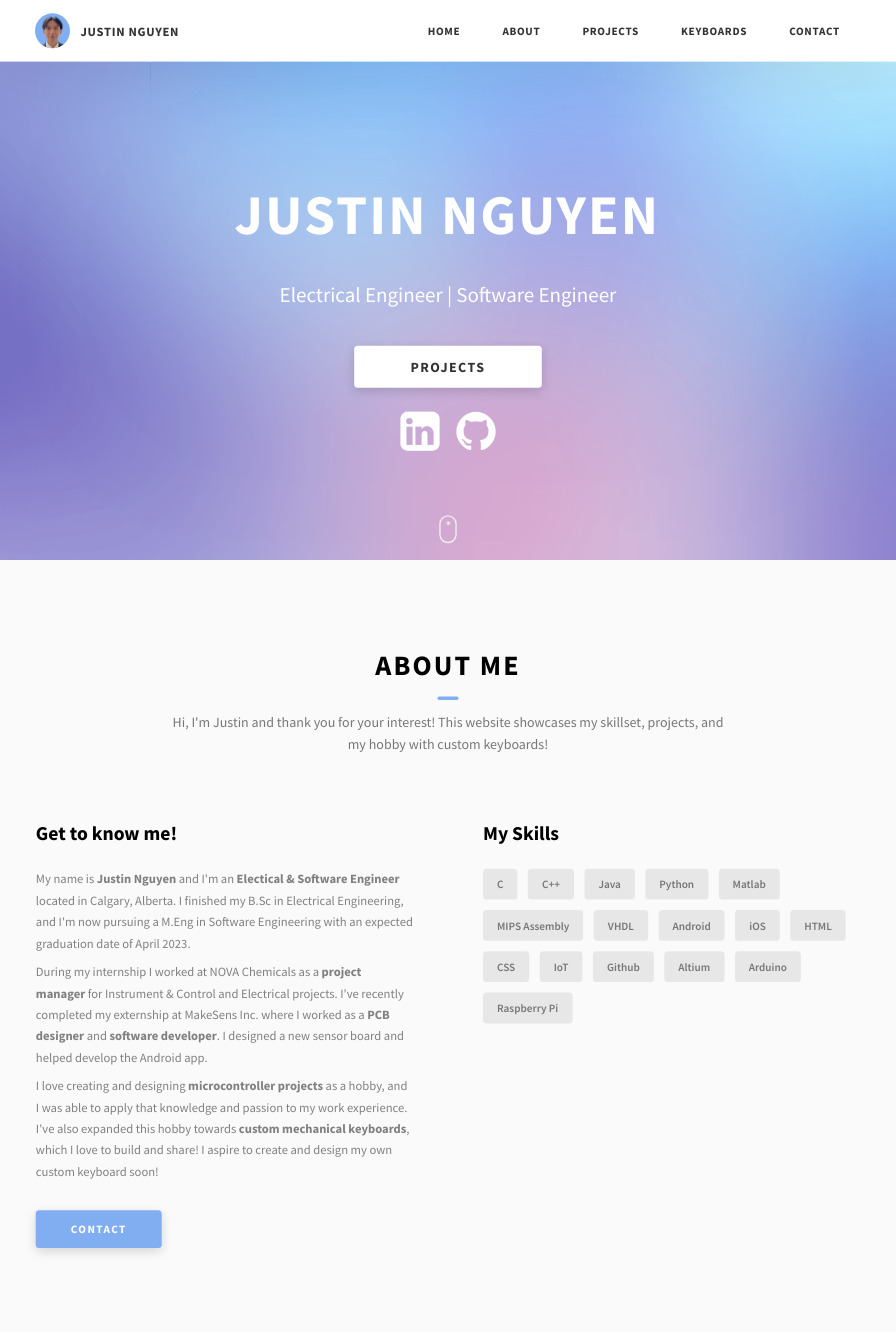
Repository: justinknguyen/Personal-Portfolio
Page: index.html
An editor plug-in stored every save of this project. The page is shown before and after the next save, followed by the edit.
The browser window is 1280 px wide. The pictures show the part of the page from y = 0 to 1920 px (the page is 6076 px tall), at 70% of full size.
The style sheet was rebuilt from its Sass, Less or Tailwind sources for each picture, by a compiler version that may differ from the author's.

Above is the page before, as saved 2022-09-10 14:44:04.

After the next save:
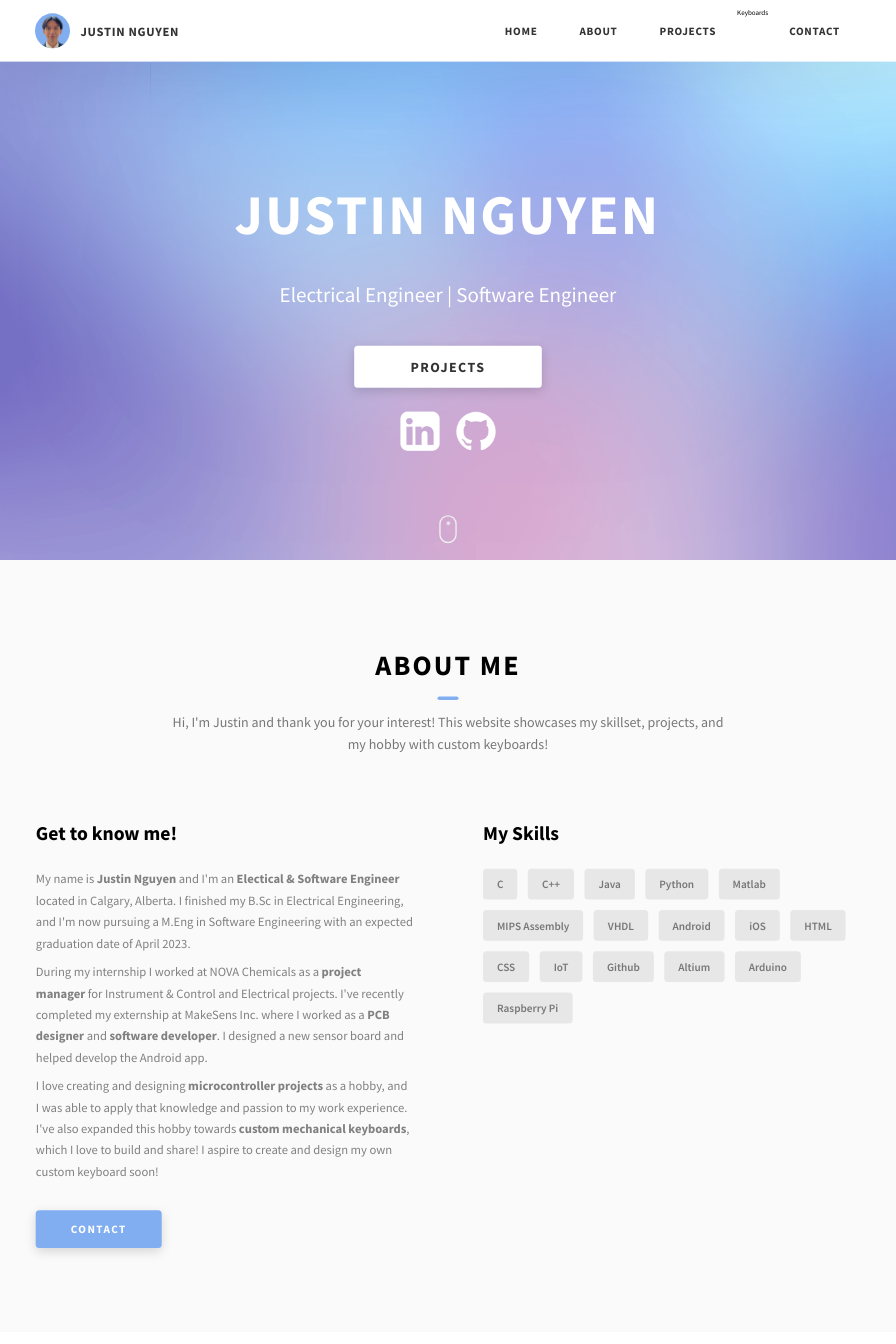
Saved 41 s later.
--- a/index.html
+++ b/index.html
@@ -45,9 +45,11 @@
               </a>
             </li>
             <li class="header__link-wrapper">
-              <a href="./index.html#keyboards" class="header__link">
-                Keyboards
-              </a>
+              <a
+                href="./keyboards.html"
+                target="_blank"
+                >Keyboards</a
+              >
             </li>
             <li class="header__link-wrapper">
               <a href="./index.html#contact" class="header__link"> Contact </a>
